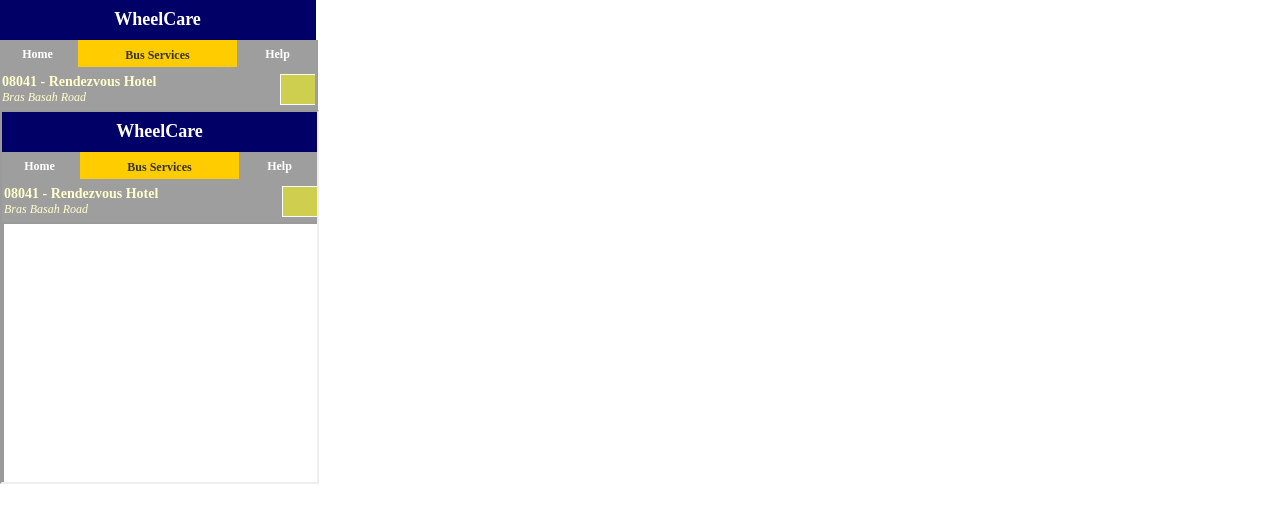
Repository: junkiatyeo/WheelCareVer2
Page: Wheelcarev2/war/Bus_ServicesCN.html
These files come from the project's save history. The page is drawn as it stood at one moment and after the next save; the edit follows.
The browser window is 1280 px wide. The pictures show the whole page.
Pictures or frames that could not be fetched are drawn as grey boxes.

Above is the page before, as saved 2014-04-01 11:37:59.

### Wheelcarev2/war/Bus_ServicesCN.html
<html>
<head>
    <title>WheelCare | Bus Services</title>
    <meta http-equiv="content-type" content="text/html; charset=utf-8"/>
    <meta http-equiv="imagetoolbar" content="no"/>
    <meta name="viewport" content="width=device-width, height=device-height, initial-scale=1, maximum-scale=1, user-scalable=yes"/>
    <meta name="apple-mobile-web-app-capable" content="yes"/>
    <link href="resources/css/jquery-ui-themes.css" type="text/css" rel="stylesheet">
    <link href="resources/css/axure_rp_page.css" type="text/css" rel="stylesheet">
    <link href="Bus_ServicesCN_files/axurerp_pagespecificstyles.css" type="text/css" rel="stylesheet">
<!--[if IE 6]>
    <link href="Bus_ServicesCN_files/axurerp_pagespecificstyles_ie6.css" type="text/css" rel="stylesheet">
<![endif]-->
    <script src="data/sitemap.js"></script>
    <script src="resources/scripts/jquery-1.7.1.min.js"></script>
    <script src="resources/scripts/axutils.js"></script>
    <script src="resources/scripts/jquery-ui-1.8.10.custom.min.js"></script>
    <script src="resources/scripts/axurerp_beforepagescript.js"></script>
    <script src="resources/scripts/messagecenter.js"></script>
<script src='Bus_ServicesCN_files/data.js'></script>
</head>
<body>
<div id="main_container">

<div id="u0" class="u0_container"   >
<div id="u0_img" class="u0_normal detectCanvas"></div>
<div id="u1" class="u1"  >
<div id="u1_rtf"><p style="text-align:center;"><span style="font-family:Axure Handwriting;font-size:18px;font-weight:bold;font-style:normal;text-decoration:none;color:#FFFFFF;">WheelCare</span></p></div>
</div>
</div>
<div id="u2" class="u2_container"   >
<div id="u2_img" class="u2_normal detectCanvas"></div>
<div id="u3" class="u3"  >
<div id="u3_rtf"><p style="text-align:center;"><span style="font-family:Axure Handwriting;font-size:12px;font-weight:bold;font-style:normal;text-decoration:none;color:#333333;">Bus Services</span></p></div>
</div>
</div>
<div id="u4" class="u4_container"   >
<div id="u4_img" class="u4_normal detectCanvas"></div>
<div id="u5" class="u5"  >
<div id="u5_rtf"><p style="text-align:left;"><span style="font-family:Axure Handwriting;font-size:14px;font-weight:bold;font-style:normal;text-decoration:none;color:#FFFFCC;">0</span><span style="font-family:Axure Handwriting;font-size:14px;font-weight:bold;font-style:normal;text-decoration:none;color:#FFFFCC;">80</span><span style="font-family:Axure Handwriting;font-size:14px;font-weight:bold;font-style:normal;text-decoration:none;color:#FFFFCC;">41</span><span style="font-family:Axure Handwriting;font-size:14px;font-weight:bold;font-style:normal;text-decoration:none;color:#FFFFCC;"> - </span><span style="font-family:Axure Handwriting;font-size:14px;font-weight:bold;font-style:normal;text-decoration:none;color:#FFFFCC;">Rendezvous Hotel</span></p><p style="text-align:left;"><span style="font-family:Axure Handwriting;font-size:12px;font-weight:normal;font-style:italic;text-decoration:none;color:#FFFFCC;">Bras Basah Road</span></p></div>
</div>
</div>
<IFRAME id="u6" style="position:absolute; left:0px; top:110px; width:315px; height:370px; ; ; ;;" basesrc="#" frameborder="1" scrolling="auto" ></IFRAME>

<div id="u7" class="u7_container"   >
<div id="u7_img" class="u7_normal detectCanvas"></div>
<div id="u8" class="u8" style="visibility:hidden;"  >
<div id="u8_rtf"></div>
</div>
</div>
<div id="u9" class="u9_container"   >
<div id="u9_img" class="u9_normal detectCanvas"></div>
<div id="u10" class="u10"  >
<div id="u10_rtf"><p style="text-align:center;"><span style="font-family:Axure Handwriting;font-size:12px;font-weight:bold;font-style:normal;text-decoration:none;color:#FFFFFF;">Help</span></p></div>
</div>
</div>
<div id="u11" class="u11_container"   >
<div id="u11_img" class="u11_normal detectCanvas"></div>
<div id="u12" class="u12"  >
<div id="u12_rtf"><p style="text-align:center;"><span style="font-family:Axure Handwriting;font-size:12px;font-weight:bold;font-style:normal;text-decoration:none;color:#FFFFFF;">Home</span></p></div>
</div>
</div>
</div>
<div class="preload"><img src="Bus_ServicesCN_files/u0_normal.png" width="1" height="1"/><img src="Bus_ServicesCN_files/u2_normal.png" width="1" height="1"/><img src="Bus_ServicesCN_files/u4_normal.png" width="1" height="1"/><img src="Bus_ServicesCN_files/u7_normal.png" width="1" height="1"/><img src="Bus_ServicesCN_files/u9_normal.png" width="1" height="1"/><img src="Bus_ServicesCN_files/u11_normal.png" width="1" height="1"/></div>
</body>
<script src="resources/scripts/axurerp_pagescript.js"></script>
<script src="Bus_ServicesCN_files/axurerp_pagespecificscript.js" charset="utf-8"></script>

### Wheelcarev2/war/resources/css/axure_rp_page.css
p
{
	margin: 0px;
}

iframe
{
	background: #FFFFFF;
}

div.intcases
{
	font-family: arial;
	font-size: 12px;
    text-align:left;
	border:1px solid #AAA;
	background:#FFF none repeat scroll 0% 0%;
	z-index:9999;
	visibility:hidden;
	position:absolute;
    padding: 0px;
    border-radius: 3px;
}

div.intcaselink
{
	cursor: pointer;
    padding: 3px 8px 3px 8px;
    margin: 5px;
	background:#EEE none repeat scroll 0% 0%;
	border:1px solid #AAA;
    border-radius: 3px;
}

div.annnoteimage
{
	position: absolute;
	font-size: 0px;
	width: 16px;
	height: 12px;
	cursor: help;
	background-image: url(images/note.gif);
	background-repeat: no-repeat;
}

div.annnotelabel
{
	position: absolute;
	font-family: Arial;
	font-size: 10px;
	border: 1px solid #666666;
	cursor: help;
	background:#DDDD00 none repeat scroll 0% 0%;
	padding-left:3px;
	padding-right:3px;
	white-space: nowrap;
}

.annotationName
{
	font-size: .7em;
	font-weight: bold;
	margin-bottom: .2em;
	white-space: nowrap;
}

.annotation
{
	font-size: .7em;
	padding-left: .2em;
	margin-bottom: 1em;
}

/* this is a fix for the issue where dialogs jump around and takes the text-align from the body */
.dialogFix
{
    position:absolute;
    text-align:left;
}

### Wheelcarev2/war/Bus_ServicesCN_files/axurerp_pagespecificstyles.css
body {
    margin: 0px;
}

div {
    background-repeat: no-repeat;
}

.raw_image {
    width: 100%;
    height: 100%;
}

.preload {
    display: none;
}
#main_container {
}

.form_sketch {
    border-color: transparent;
    background-color: transparent;
}

.u0_normal {
    background-image: url('../Bus_ServicesCN_files/u0_normal.png');
}

.u0_container {
    position:absolute;
    left:0px;
    top:0px;
    width:315px;
    height:40px;
}

#u0_img {
    position:absolute;
    left:-3px;
    top:-3px;
    width:321px;
    height:46px;
}

.u1 {
    position:absolute;
    left:2px;
    top:9px;
    width:311px;
    height:22px;
    ;
    ;
    ;
    font-family:Arial;
    text-align:left;
    word-wrap:break-word;
}

.u2_normal {
    background-image: url('../Bus_ServicesCN_files/u2_normal.png');
}

.u2_container {
    position:absolute;
    left:0px;
    top:40px;
    width:315px;
    height:30px;
}

#u2_img {
    position:absolute;
    left:-3px;
    top:-3px;
    width:321px;
    height:36px;
}

.u3 {
    position:absolute;
    left:2px;
    top:8px;
    width:311px;
    height:15px;
    ;
    ;
    ;
    font-family:Arial;
    text-align:left;
    word-wrap:break-word;
}

.u4_normal {
    background-image: url('../Bus_ServicesCN_files/u4_normal.png');
}

.u4_container {
    position:absolute;
    left:0px;
    top:70px;
    width:315px;
    height:40px;
}

#u4_img {
    position:absolute;
    left:-3px;
    top:-3px;
    width:321px;
    height:46px;
}

.u5 {
    position:absolute;
    left:2px;
    top:4px;
    width:311px;
    height:32px;
    ;
    ;
    ;
    font-family:Arial;
    text-align:left;
    word-wrap:break-word;
}

.u7_normal {
    background-image: url('../Bus_ServicesCN_files/u7_normal.png');
}

.u7_container {
    position:absolute;
    left:277px;
    top:71px;
    width:38px;
    height:38px;
}

#u7_img {
    position:absolute;
    left:0px;
    top:0px;
    width:38px;
    height:38px;
}

.u8 {
    position:absolute;
    left:2px;
    top:11px;
    width:34px;
    height:16px;
    ;
    ;
    ;
    font-family:Arial;
    text-align:left;
    word-wrap:break-word;
}

.u9_normal {
    background-image: url('../Bus_ServicesCN_files/u9_normal.png');
}

.u9_container {
    position:absolute;
    left:240px;
    top:43px;
    width:75px;
    height:24px;
}

#u9_img {
    position:absolute;
    left:-3px;
    top:-3px;
    width:81px;
    height:30px;
}

.u10 {
    position:absolute;
    left:2px;
    top:4px;
    width:71px;
    height:15px;
    ;
    ;
    ;
    font-family:Arial;
    text-align:left;
    word-wrap:break-word;
}

.u11_normal {
    background-image: url('../Bus_ServicesCN_files/u11_normal.png');
}

.u11_container {
    position:absolute;
    left:0px;
    top:43px;
    width:75px;
    height:24px;
}

#u11_img {
    position:absolute;
    left:-3px;
    top:-3px;
    width:81px;
    height:30px;
}

.u12 {
    position:absolute;
    left:2px;
    top:4px;
    width:71px;
    height:15px;
    ;
    ;
    ;
    font-family:Arial;
    text-align:left;
    word-wrap:break-word;
}

### Wheelcarev2/war/List_of_Bus_Services_CN_files/axurerp_pagespecificstyles.css
body {
    margin: 0px;
}

div {
    background-repeat: no-repeat;
}

.raw_image {
    width: 100%;
    height: 100%;
}

.preload {
    display: none;
}
#main_container {
}

.form_sketch {
    border-color: transparent;
    background-color: transparent;
}

.u0 {
    position:absolute;
    left:10px;
    top:12px;
    width:106px;
    height:43px;
    ;
    ;
    ;
    font-family:Arial;
    text-align:left;
    word-wrap:break-word;
}

.u1 {
    position:absolute;
    left:10px;
    top:65px;
    width:200px;
    height:51px;
    ;
    ;
    ;
    font-family:Arial;
    text-align:left;
    word-wrap:break-word;
}

.u2 {
    position:absolute;
    left:141px;
    top:13px;
    width:150px;
    height:15px;
    ;
    ;
    ;
    font-family:Arial;
    text-align:left;
    word-wrap:break-word;
}

.u3_line {
    background-image: url('../List_of_Bus_Services_CN_files/u3_line.png');
}

.u3_line {
    position:absolute;
    left:0px;
    top:4px;
    width:280px;
    height:3px;
}

.u3 {
    position:absolute;
    left:8px;
    top:135px;
    width:280px;
    height:10px;

}

.u4_normal {
    background-image: url('../List_of_Bus_Services_CN_files/u4_normal.png');
}

.u4_container {
    position:absolute;
    left:75px;
    top:15px;
    width:20px;
    height:20px;
}

#u4_img {
    position:absolute;
    left:0px;
    top:0px;
    width:20px;
    height:20px;
}

.u5 {
    position:absolute;
    left:2px;
    top:2px;
    width:16px;
    height:16px;
    ;
    ;
    ;
    font-family:Arial;
    text-align:left;
    word-wrap:break-word;
}

.u6_normal {
    background-image: url('../List_of_Bus_Services_CN_files/u6_normal.png');
}

.u6_container {
    position:absolute;
    left:210px;
    top:55px;
    width:70px;
    height:70px;
}

#u6_img {
    position:absolute;
    left:-3px;
    top:-3px;
    width:76px;
    height:76px;
}

.u7 {
    position:absolute;
    left:2px;
    top:27px;
    width:66px;
    height:16px;
    ;
    ;
    ;
    font-family:Arial;
    text-align:left;
    word-wrap:break-word;
}

.u8_normal {
    background-image: url('../List_of_Bus_Services_CN_files/u8_normal.png');
}

.u8_container {
    position:absolute;
    left:228px;
    top:60px;
    width:35px;
    height:35px;
}

#u8_img {
    position:absolute;
    left:0px;
    top:0px;
    width:35px;
    height:35px;
}

.u9 {
    position:absolute;
    left:2px;
    top:10px;
    width:31px;
    height:16px;
    ;
    ;
    ;
    font-family:Arial;
    text-align:left;
    word-wrap:break-word;
}

.u10 {
    position:absolute;
    left:210px;
    top:96px;
    width:70px;
    height:24px;
    ;
    ;
    ;
    font-family:Arial;
    text-align:left;
    word-wrap:break-word;
}

.u11_normal {
    background-image: url('../List_of_Bus_Services_CN_files/u11_normal.png');
}

.u11_container {
    position:absolute;
    left:141px;
    top:28px;
    width:139px;
    height:15px;
}

#u11_img {
    position:absolute;
    left:0px;
    top:0px;
    width:139px;
    height:15px;
}

.u12 {
    position:absolute;
    left:2px;
    top:0px;
    width:135px;
    height:16px;
    ;
    ;
    ;
    font-family:Arial;
    text-align:left;
    word-wrap:break-word;
}

.u13_normal {
    background-image: url('../List_of_Bus_Services_CN_files/u13_normal.png');
}

.u13_container {
    position:absolute;
    left:0px;
    top:145px;
    width:296px;
    height:137px;
}

#u13_img {
    position:absolute;
    left:-3px;
    top:-3px;
    width:302px;
    height:143px;
}

.u14 {
    position:absolute;
    left:2px;
    top:60px;
    width:292px;
    height:16px;
    ;
    ;
    ;
    font-family:Arial;
    text-align:left;
    word-wrap:break-word;
}

.u15 {
    position:absolute;
    left:10px;
    top:159px;
    width:106px;
    height:43px;
    ;
    ;
    ;
    font-family:Arial;
    text-align:left;
    word-wrap:break-word;
}

.u16 {
    position:absolute;
    left:10px;
    top:212px;
    width:200px;
    height:51px;
    ;
    ;
    ;
    font-family:Arial;
    text-align:left;
    word-wrap:break-word;
}

.u17_normal {
    background-image: url('../List_of_Bus_Services_CN_files/u4_normal.png');
}

.u17_container {
    position:absolute;
    left:75px;
    top:162px;
    width:20px;
    height:20px;
}

#u17_img {
    position:absolute;
    left:0px;
    top:0px;
    width:20px;
    height:20px;
}

.u18 {
    position:absolute;
    left:2px;
    top:2px;
    width:16px;
    height:16px;
    ;
    ;
    ;
    font-family:Arial;
    text-align:left;
    word-wrap:break-word;
}

.u19_normal {
    background-image: url('../List_of_Bus_Services_CN_files/u19_normal.png');
}

.u19_container {
    position:absolute;
    left:141px;
    top:172px;
    width:139px;
    height:15px;
}

#u19_img {
    position:absolute;
    left:0px;
    top:0px;
    width:139px;
    height:15px;
}

.u20 {
    position:absolute;
    left:2px;
    top:0px;
    width:135px;
    height:16px;
    ;
    ;
    ;
    font-family:Arial;
    text-align:left;
    word-wrap:break-word;
}

.u21 {
    position:absolute;
    left:141px;
    top:157px;
    width:150px;
    height:15px;
    ;
    ;
    ;
    font-family:Arial;
    text-align:left;
    word-wrap:break-word;
}

.u22_normal {
    background-image: url('../List_of_Bus_Services_CN_files/u6_normal.png');
}

.u22_container {
    position:absolute;
    left:210px;
    top:197px;
    width:70px;
    height:70px;
}

#u22_img {
    position:absolute;
    left:-3px;
    top:-3px;
    width:76px;
    height:76px;
}

.u23 {
    position:absolute;
    left:2px;
    top:27px;
    width:66px;
    height:16px;
    ;
    ;
    ;
    font-family:Arial;
    text-align:left;
    word-wrap:break-word;
}

.u24 {
    position:absolute;
    left:210px;
    top:238px;
    width:70px;
    height:24px;
    ;
    ;
    ;
    font-family:Arial;
    text-align:left;
    word-wrap:break-word;
}

.u25_normal {
    background-image: url('../List_of_Bus_Services_CN_files/u25_normal.png');
}

.u25_container {
    position:absolute;
    left:228px;
    top:202px;
    width:35px;
    height:35px;
}

#u25_img {
    position:absolute;
    left:0px;
    top:0px;
    width:35px;
    height:35px;
}

.u26 {
    position:absolute;
    left:2px;
    top:10px;
    width:31px;
    height:16px;
    ;
    ;
    ;
    font-family:Arial;
    text-align:left;
    word-wrap:break-word;
}

.u27_line {
    background-image: url('../List_of_Bus_Services_CN_files/u27_line.png');
}

.u27_line {
    position:absolute;
    left:0px;
    top:4px;
    width:280px;
    height:3px;
}

.u27 {
    position:absolute;
    left:8px;
    top:282px;
    width:280px;
    height:10px;

}

.u28_normal {
    background-image: url('../List_of_Bus_Services_CN_files/u28_normal.png');
}

.u28_container {
    position:absolute;
    left:0px;
    top:292px;
    width:294px;
    height:137px;
}

#u28_img {
    position:absolute;
    left:-3px;
    top:-3px;
    width:300px;
    height:143px;
}

.u29 {
    position:absolute;
    left:2px;
    top:60px;
    width:290px;
    height:16px;
    ;
    ;
    ;
    font-family:Arial;
    text-align:left;
    word-wrap:break-word;
}

.u30 {
    position:absolute;
    left:10px;
    top:306px;
    width:106px;
    height:43px;
    ;
    ;
    ;
    font-family:Arial;
    text-align:left;
    word-wrap:break-word;
}

.u31 {
    position:absolute;
    left:10px;
    top:359px;
    width:200px;
    height:51px;
    ;
    ;
    ;
    font-family:Arial;
    text-align:left;
    word-wrap:break-word;
}

.u32_normal {
    background-image: url('../List_of_Bus_Services_CN_files/u4_normal.png');
}

.u32_container {
    position:absolute;
    left:75px;
    top:309px;
    width:20px;
    height:20px;
}

#u32_img {
    position:absolute;
    left:0px;
    top:0px;
    width:20px;
    height:20px;
}

.u33 {
    position:absolute;
    left:2px;
    top:2px;
    width:16px;
    height:16px;
    ;
    ;
    ;
    font-family:Arial;
    text-align:left;
    word-wrap:break-word;
}

.u34_normal {
    background-image: url('../List_of_Bus_Services_CN_files/u19_normal.png');
}

.u34_container {
    position:absolute;
    left:141px;
    top:319px;
    width:139px;
    height:15px;
}

#u34_img {
    position:absolute;
    left:0px;
    top:0px;
    width:139px;
    height:15px;
}

.u35 {
    position:absolute;
    left:2px;
    top:0px;
    width:135px;
    height:16px;
    ;
    ;
    ;
    font-family:Arial;
    text-align:left;
    word-wrap:break-word;
}

.u36 {
    position:absolute;
    left:141px;
    top:302px;
    width:150px;
    height:15px;
    ;
    ;
    ;
    font-family:Arial;
    text-align:left;
    word-wrap:break-word;
}

.u37_normal {
    background-image: url('../List_of_Bus_Services_CN_files/u6_normal.png');
}

.u37_container {
    position:absolute;
    left:210px;
    top:344px;
    width:70px;
    height:70px;
}

#u37_img {
    position:absolute;
    left:-3px;
    top:-3px;
    width:76px;
    height:76px;
}

.u38 {
    position:absolute;
    left:2px;
    top:27px;
    width:66px;
    height:16px;
    ;
    ;
    ;
    font-family:Arial;
    text-align:left;
    word-wrap:break-word;
}

.u39_line {
    background-image: url('../List_of_Bus_Services_CN_files/u39_line.png');
}

.u39_line {
    position:absolute;
    left:0px;
    top:4px;
    width:280px;
    height:3px;
}

.u39 {
    position:absolute;
    left:8px;
    top:429px;
    width:280px;
    height:10px;

}

.u40_normal {
    background-image: url('../List_of_Bus_Services_CN_files/u40_normal.png');
}

.u40_container {
    position:absolute;
    left:0px;
    top:439px;
    width:293px;
    height:137px;
}

#u40_img {
    position:absolute;
    left:-3px;
    top:-3px;
    width:299px;
    height:143px;
}

.u41 {
    position:absolute;
    left:2px;
    top:60px;
    width:289px;
    height:16px;
    ;
    ;
    ;
    font-family:Arial;
    text-align:left;
    word-wrap:break-word;
}

.u42 {
    position:absolute;
    left:10px;
    top:453px;
    width:106px;
    height:43px;
    ;
    ;
    ;
    font-family:Arial;
    text-align:left;
    word-wrap:break-word;
}

.u43 {
    position:absolute;
    left:10px;
    top:506px;
    width:200px;
    height:51px;
    ;
    ;
    ;
    font-family:Arial;
    text-align:left;
    word-wrap:break-word;
}

.u44_normal {
    background-image: url('../List_of_Bus_Services_CN_files/u4_normal.png');
}

.u44_container {
    position:absolute;
    left:75px;
    top:456px;
    width:20px;
    height:20px;
}

#u44_img {
    position:absolute;
    left:0px;
    top:0px;
    width:20px;
    height:20px;
}

.u45 {
    position:absolute;
    left:2px;
    top:2px;
    width:16px;
    height:16px;
    ;
    ;
    ;
    font-family:Arial;
    text-align:left;
    word-wrap:break-word;
}

.u46_normal {
    background-image: url('../List_of_Bus_Services_CN_files/u19_normal.png');
}

.u46_container {
    position:absolute;
    left:141px;
    top:466px;
    width:139px;
    height:15px;
}

#u46_img {
    position:absolute;
    left:0px;
    top:0px;
    width:139px;
    height:15px;
}

.u47 {
    position:absolute;
    left:2px;
    top:0px;
    width:135px;
    height:16px;
    ;
    ;
    ;
    font-family:Arial;
    text-align:left;
    word-wrap:break-word;
}

.u48 {
    position:absolute;
    left:141px;
    top:449px;
    width:150px;
    height:15px;
    ;
    ;
    ;
    font-family:Arial;
    text-align:left;
    word-wrap:break-word;
}

.u49_normal {
    background-image: url('../List_of_Bus_Services_CN_files/u6_normal.png');
}

.u49_container {
    position:absolute;
    left:210px;
    top:491px;
    width:70px;
    height:70px;
}

#u49_img {
    position:absolute;
    left:-3px;
    top:-3px;
    width:76px;
    height:76px;
}

.u50 {
    position:absolute;
    left:2px;
    top:27px;
    width:66px;
    height:16px;
    ;
    ;
    ;
    font-family:Arial;
    text-align:left;
    word-wrap:break-word;
}

.u51_normal {
    background-image: url('../List_of_Bus_Services_CN_files/u51_normal.png');
}

.u51_container {
    position:absolute;
    left:0px;
    top:576px;
    width:180px;
    height:15px;
}

#u51_img {
    position:absolute;
    left:-3px;
    top:-3px;
    width:186px;
    height:21px;
}

.u52 {
    position:absolute;
    left:2px;
    top:0px;
    width:176px;
    height:16px;
    ;
    ;
    ;
    font-family:Arial;
    text-align:left;
    word-wrap:break-word;
}

.u53 {
    position:absolute;
    left:210px;
    top:386px;
    width:70px;
    height:24px;
    ;
    ;
    ;
    font-family:Arial;
    text-align:left;
    word-wrap:break-word;
}

.u54_normal {
    background-image: url('../List_of_Bus_Services_CN_files/u25_normal.png');
}

.u54_container {
    position:absolute;
    left:228px;
    top:348px;
    width:35px;
    height:35px;
}

#u54_img {
    position:absolute;
    left:0px;
    top:0px;
    width:35px;
    height:35px;
}

.u55 {
    position:absolute;
    left:2px;
    top:10px;
    width:31px;
    height:16px;
    ;
    ;
    ;
    font-family:Arial;
    text-align:left;
    word-wrap:break-word;
}

.u56 {
    position:absolute;
    left:210px;
    top:532px;
    width:70px;
    height:24px;
    ;
    ;
    ;
    font-family:Arial;
    text-align:left;
    word-wrap:break-word;
}

.u57_normal {
    background-image: url('../List_of_Bus_Services_CN_files/u25_normal.png');
}

.u57_container {
    position:absolute;
    left:228px;
    top:496px;
    width:35px;
    height:35px;
}

#u57_img {
    position:absolute;
    left:0px;
    top:0px;
    width:35px;
    height:35px;
}

.u58 {
    position:absolute;
    left:2px;
    top:10px;
    width:31px;
    height:16px;
    ;
    ;
    ;
    font-family:Arial;
    text-align:left;
    word-wrap:break-word;
}

Loaded but not shown: Wheelcarev2/war/resources/css/jquery-ui-themes.css (library); Wheelcarev2/war/resources/scripts/jquery-1.7.1.min.js (library); Wheelcarev2/war/resources/scripts/jquery-ui-1.8.10.custom.min.js (library); Wheelcarev2/war/resources/scripts/axurerp_beforepagescript.js (1843 lines, source omitted); Wheelcarev2/war/resources/scripts/axurerp_pagescript.js (1608 lines, source omitted); Wheelcarev2/war/resources/scripts/messagecenter.js (181 lines, source omitted); Wheelcarev2/war/resources/scripts/axutils.js (168 lines, source omitted); Wheelcarev2/war/List_of_Bus_Services_CN_files/data.js (7 lines, source omitted); Wheelcarev2/war/Bus_ServicesCN_files/data.js (7 lines, source omitted); Wheelcarev2/war/List_of_Bus_Services_CN_files/axurerp_pagespecificscript.js (51 lines, source omitted); Wheelcarev2/war/Bus_ServicesCN_files/axurerp_pagespecificscript.js (32 lines, source omitted); Wheelcarev2/war/data/sitemap.js (8 lines, source omitted); Wheelcarev2/war/List_of_Bus_Services_CN.html (203 lines, source omitted)

After the next save:
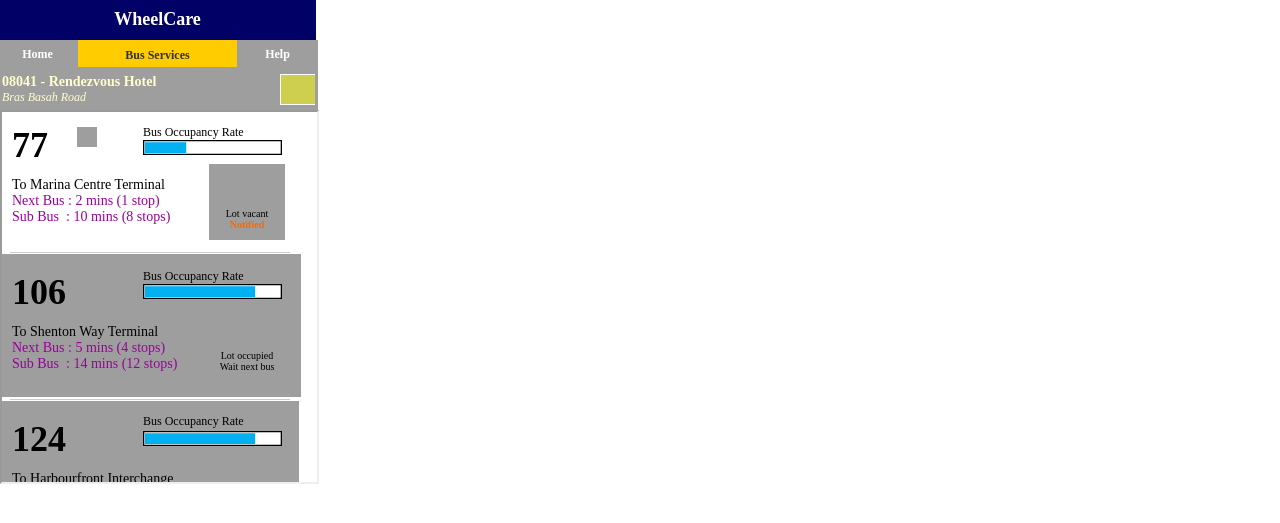
Saved 70 s later.
--- a/Wheelcarev2/war/Bus_ServicesCN.html
+++ b/Wheelcarev2/war/Bus_ServicesCN.html
@@ -40,7 +40,7 @@
 <div id="u5_rtf"><p style="text-align:left;"><span style="font-family:Axure Handwriting;font-size:14px;font-weight:bold;font-style:normal;text-decoration:none;color:#FFFFCC;">0</span><span style="font-family:Axure Handwriting;font-size:14px;font-weight:bold;font-style:normal;text-decoration:none;color:#FFFFCC;">80</span><span style="font-family:Axure Handwriting;font-size:14px;font-weight:bold;font-style:normal;text-decoration:none;color:#FFFFCC;">41</span><span style="font-family:Axure Handwriting;font-size:14px;font-weight:bold;font-style:normal;text-decoration:none;color:#FFFFCC;"> - </span><span style="font-family:Axure Handwriting;font-size:14px;font-weight:bold;font-style:normal;text-decoration:none;color:#FFFFCC;">Rendezvous Hotel</span></p><p style="text-align:left;"><span style="font-family:Axure Handwriting;font-size:12px;font-weight:normal;font-style:italic;text-decoration:none;color:#FFFFCC;">Bras Basah Road</span></p></div>
 </div>
 </div>
-<IFRAME id="u6" style="position:absolute; left:0px; top:110px; width:315px; height:370px; ; ; ;;" basesrc="#" frameborder="1" scrolling="auto" ></IFRAME>
+<IFRAME id="u6" style="position:absolute; left:0px; top:110px; width:315px; height:370px; ; ; ;;" basesrc="List_of_Bus_Services_CN.html" frameborder="1" scrolling="auto" ></IFRAME>
 
 <div id="u7" class="u7_container"   >
 <div id="u7_img" class="u7_normal detectCanvas"></div>
